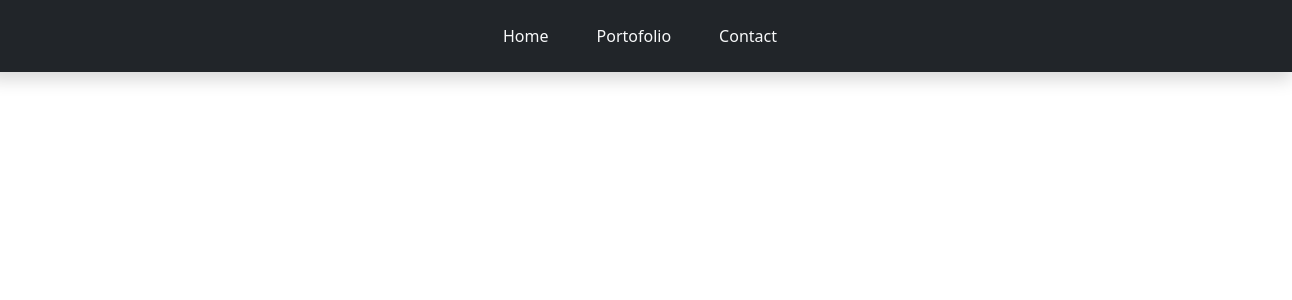
Repository: AHSANS354/Tugas-MSIB-5-GitHub
Page: tugas/tugas bootsrap/Home.html
The author's editor kept a copy of each file at every save. The page is drawn from the files as they stood at one save, then again after the next save.
The browser window is 1280 px wide. The page is 1292 px wide, so the pictures cover 1292 px, including what lies to the right of the window. The pictures show the whole page.

Above is the page before, as saved 2023-09-19 16:14:32.

### tugas/tugas bootsrap/Home.html
<!DOCTYPE html>
<html lang="en">
  <head>
    <meta charset="utf-8" />
    <meta name="viewport" content="width=device-width, initial-scale=1" />
    <title>Bootstrap demo</title>
    <link href="https://cdn.jsdelivr.net/npm/bootstrap@5.3.2/dist/css/bootstrap.min.css" rel="stylesheet" integrity="sha384-T3c6CoIi6uLrA9TneNEoa7RxnatzjcDSCmG1MXxSR1GAsXEV/Dwwykc2MPK8M2HN" crossorigin="anonymous" />
  </head>
  <body>
    <div class="home">
      <div class="row">
        <ul class="nav justify-content-center bg-dark p-3 gap-3 shadow">
          <li class="nav-item">
            <a class="nav-link text-light" href="home.html">Home</a>
          </li>
          <li class="nav-item">
            <a class="nav-link text-light" href="portofolio.html">Portofolio</a>
          </li>
          <li class="nav-item">
            <a class="nav-link text-light" href="contact.html">Contact</a>
          </li>
        </ul>
      </div>
    </div>
    <script src="https://cdn.jsdelivr.net/npm/bootstrap@5.3.2/dist/js/bootstrap.bundle.min.js" integrity="sha384-C6RzsynM9kWDrMNeT87bh95OGNyZPhcTNXj1NW7RuBCsyN/o0jlpcV8Qyq46cDfL" crossorigin="anonymous"></script>
  </body>
</html>

After the next save:
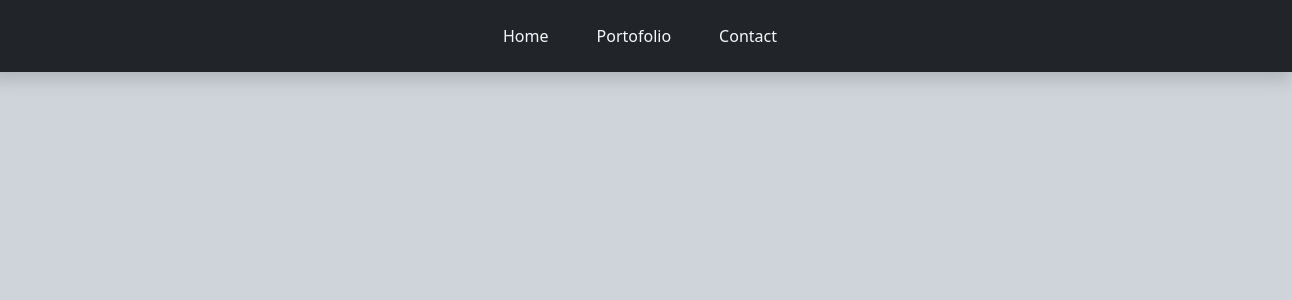
Saved 21 s later.
--- a/tugas/tugas bootsrap/Home.html
+++ b/tugas/tugas bootsrap/Home.html
@@ -6,7 +6,7 @@
     <title>Bootstrap demo</title>
     <link href="https://cdn.jsdelivr.net/npm/bootstrap@5.3.2/dist/css/bootstrap.min.css" rel="stylesheet" integrity="sha384-T3c6CoIi6uLrA9TneNEoa7RxnatzjcDSCmG1MXxSR1GAsXEV/Dwwykc2MPK8M2HN" crossorigin="anonymous" />
   </head>
-  <body>
+  <body class="bg-dark-subtle">
     <div class="home">
       <div class="row">
         <ul class="nav justify-content-center bg-dark p-3 gap-3 shadow">
